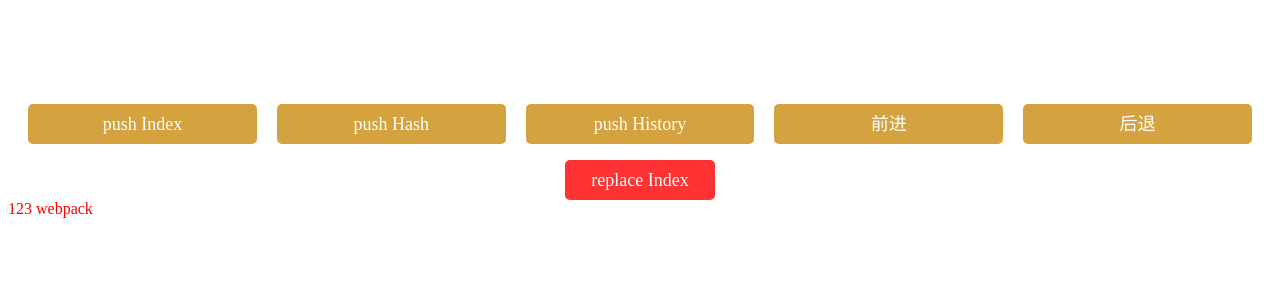
Repository: lihanruiwork/veryNB
Page: /
An editor plug-in stored every save of this project. The page is shown before and after the next save, followed by the edit.
The browser window is 1280 px wide. The pictures show the whole page.
The project was rebuilt for these pictures with package versions that can differ from the ones it lists, and the page was loaded fresh each time. Also part of the build but not shown: webpack.config.js.

Above is the page before, as saved 2019-03-03 21:37:38.

### src/index.html
<!DOCTYPE html>
<html lang="en">
  <head>
    <meta charset="UTF-8" />
    <meta name="viewport" content="width=device-width, initial-scale=1.0" />
    <meta http-equiv="X-UA-Compatible" content="ie=edge" />
    <title>前端路由</title>
    <style>
      #page {
        width: 100%;
        height: 80px;
        line-height: 80px;
        text-align: center;
        font-weight: 600;
        font-size: 20px;
        color: #666;
      }
      .btn-list {
        padding-left: 20px;
        list-style: none;
        display: flex;
        text-align: center;
      }
      .btn-list li {
        cursor: pointer;
        flex: 1;
        height: 40px;
        line-height: 40px;
        margin-right: 20px;
        font-size: 18px;
        color: #fff;
        background-color: #d4a23e;
        border-radius: 5px;
      }
      .replace-btn {
        cursor: pointer;
        margin: 10px auto 0;
        display: block;
        width: 150px;
        height: 40px;
        line-height: 40px;
        background-color: #f33;
        font-size: 18px;
        color: #fff;
        text-align: center;
        border-radius: 5px;
      }
    </style>
  </head>
  <body>
    <div id="page"></div>
    <ul class="btn-list">
      <li data-url="/">push Index</li>
      <li data-url="/hash">push Hash</li>
      <li data-url="/history">push History</li>
      <li data-url="1">前进</li>
      <li data-url="-1">后退</li>
    </ul>
    <span class="replace-btn">replace Index</span>
  </body>
</html>

### src/index.js
import _ from 'lodash';
import './style.css';
function component() {
  var element = document.createElement('div');
  element.innerHTML = _.join(['123', 'webpack'], ' ');
  element.classList.add('hello');
  return element;
}
document.querySelector('.btn-list').addEventListener('click', e => {
  const event = e || window.event;
  if (event.target.tagName === 'LI') {
    const url = event.target.dataset.url;
    !url.indexOf('/') ? webRouter.push(url) : webRouter.go(url);
  }
});
document.body.appendChild(component());

Loaded but not shown: src/style.css (common file)

After the next save:
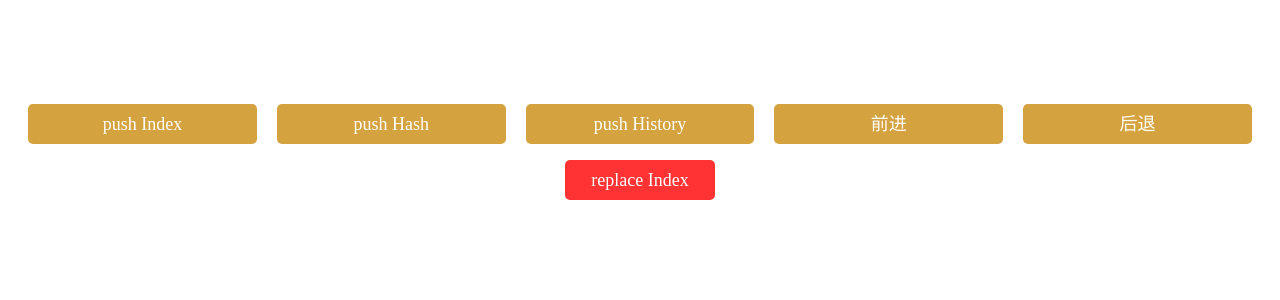
Saved 39 s later.
--- a/src/index.js
+++ b/src/index.js
@@ -1,11 +1,5 @@
 import _ from 'lodash';
 import './style.css';
-function component() {
-  var element = document.createElement('div');
-  element.innerHTML = _.join(['123', 'webpack'], ' ');
-  element.classList.add('hello');
-  return element;
-}
 document.querySelector('.btn-list').addEventListener('click', e => {
   const event = e || window.event;
   if (event.target.tagName === 'LI') {
@@ -13,4 +7,3 @@ document.querySelector('.btn-list').addEventListener('click', e => {
     !url.indexOf('/') ? webRouter.push(url) : webRouter.go(url);
   }
 });
-document.body.appendChild(component());
